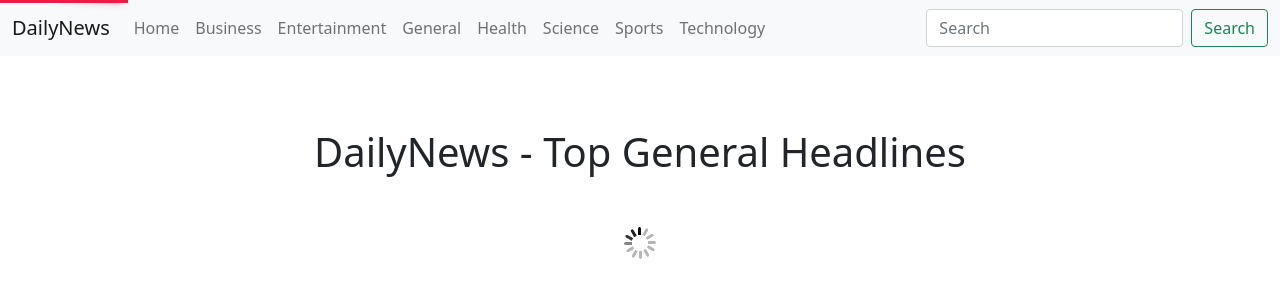
Repository: Bikki084/Daily_News
Page: /
The author's editor kept a copy of each file at every save. The page is drawn from the files as they stood at one save, then again after a run of saves.
The browser window is 1280 px wide. The pictures show the whole page.
The page's requests for data from a server got no answer. The project was rebuilt for these pictures with package versions that can differ from the ones it lists, and the page was loaded fresh each time. No one was signed in, and anything a server would have sent is missing. Also part of the build but not shown: src/App.css, src/components/NewsItem.js.

Above is the page before, as saved 2021-12-22 23:53:03.

After the next 3 saves:
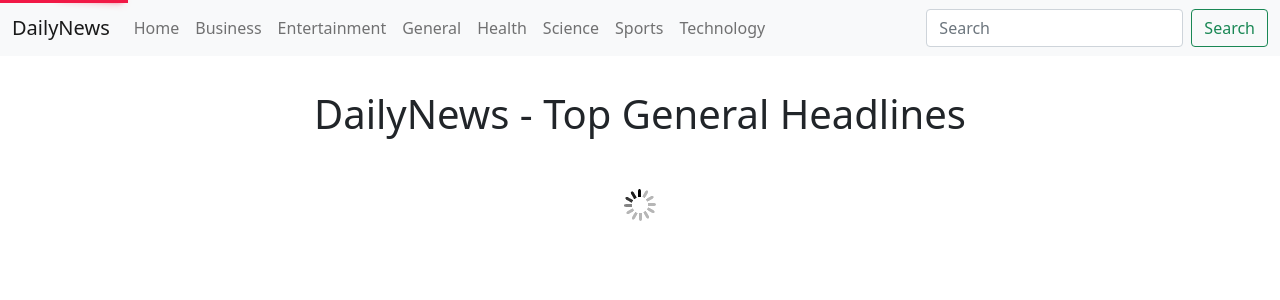
The 3 saves are shown as one change because 1 did not build or start and some came seconds apart.
The last was saved 53 s later.
--- a/src/App.js
+++ b/src/App.js
@@ -15,7 +15,6 @@ const App = ()=> {
       <div>
         <Router>
         <NavBar/>
-        <SearchForm/>
         <LoadingBar
         height={3}
         color='#f11946'
--- a/src/components/SearchForm.js
+++ b/src/components/SearchForm.js
@@ -1,18 +1,18 @@
-import React, { useState } from 'react'
+// import React, { useState } from 'react'
 
-export default function SearchForm() {
+// export default function SearchForm() {
 
-    // const [Text, setText] = useState('')
+//     // const [Text, setText] = useState('')
 
-    const handleSubmit = (e) =>{
-        e.preventDefault()
-    }
-    return (
-        <div>
-            <form class="d-flex" onSubmit = {handleSubmit}>
-                <input className ="form-control me-2" type="text" placeholder="Search" onChange = {(e) => setText(e.target.value)} />
-                    <button className="btn btn-outline-success" type="submit">Search</button>
-            </form>
-        </div>
-    )
-}
+//     const handleSubmit = (e) =>{
+//         e.preventDefault()
+//     }
+//     return (
+//         <div>
+//             <form class="d-flex" onSubmit = {handleSubmit}>
+//                 <input className ="form-control me-2" type="text" placeholder="Search" onChange = {(e) => setText(e.target.value)} />
+//                     <button className="btn btn-outline-success" type="submit">Search</button>
+//             </form>
+//         </div>
+//     )
+// }
